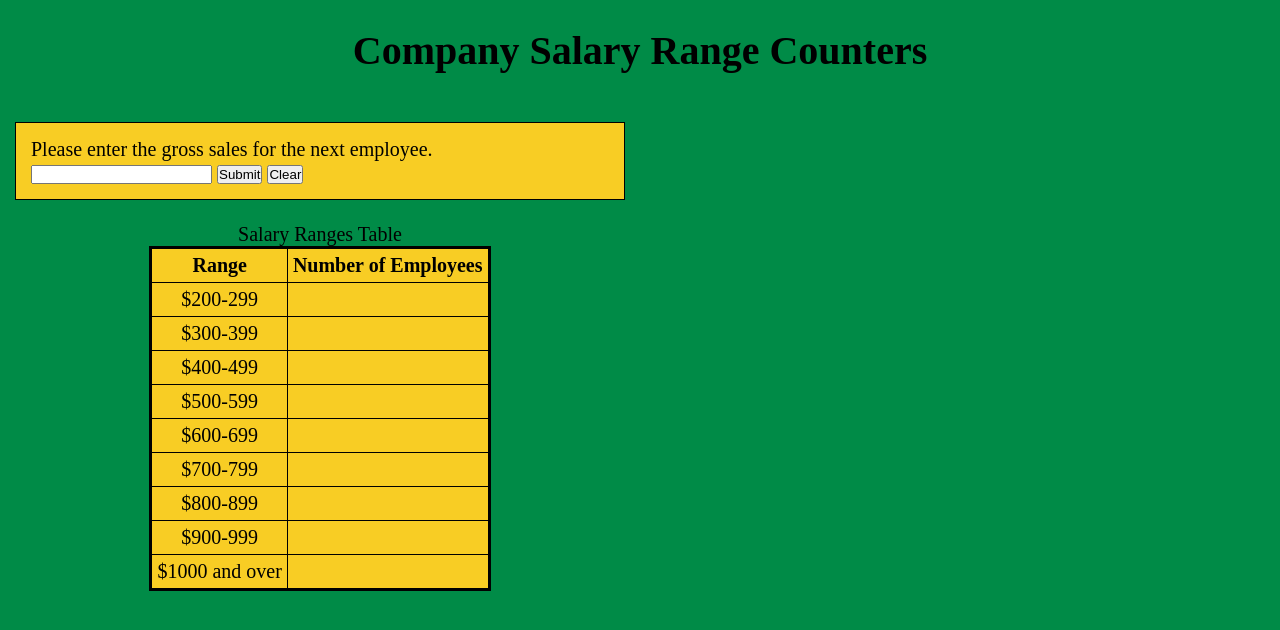
Repository: mlmEFSC21/P17-Sales-Commision
Page: sales.html
These files come from the project's save history. The page is drawn as it stood at one moment and after the next save; the edit follows.
The browser window is 1280 px wide. The pictures show the whole page.

Above is the page before, as saved 2022-04-02 08:30:33.

### sales.html
<!DOCTYPE html>
<html lang="en">
    <head>
        <meta charset="UTF-8" />
        <meta http-equiv="X-UA-Compatible" content="IE=edge" />
        <meta name="viewport" content="width=device-width, initial-scale=1.0" />
        <link rel="stylesheet" href="sales.css" />
        <script defer src="sales.js"></script>
        <title>Company Salary Range Counters</title>
    </head>
    <body>
        <header class="mainHeader">
            <h1>Company Salary Range Counters</h1>
        </header>
        <section class="mainContent">
            <div class="formContainer" id="formContainer">
                <form class="salaryForm" id="salaryForm">
                    <label for="grossSales"
                        >Please enter the gross sales for the next employee.</label
                    >
                    <input type="text" name="grossSales" class="salesInp" id="salesInp" required />
                    <button type="submit" class="submit-btn" id="submit-btn">Submit</button>
                    <button type="reset" class="clear-btn" id="clear-btn">Clear</button>
                </form>
            </div>
            <div class="tableContainer" id="tableContainer">
                <table>
                    <caption>
                        Salary Ranges Table
                    </caption>
                    <thead>
                        <tr>
                            <th>Range</th>
                            <th>Number of Employees</th>
                        </tr>
                    </thead>
                    <tbody>
                        <tr>
                            <td>$200-299</td>
                            <td class="ranges" id="ranges"></td>
                        </tr>
                        <tr>
                            <td>$300-399</td>
                            <td class="ranges" id="ranges"></td>
                        </tr>
                        <tr>
                            <td>$400-499</td>
                            <td class="ranges" id="ranges"></td>
                        </tr>
                        <tr>
                            <td>$500-599</td>
                            <td class="ranges" id="ranges"></td>
                        </tr>
                        <tr>
                            <td>$600-699</td>
                            <td class="ranges" id="ranges"></td>
                        </tr>
                        <tr>
                            <td>$700-799</td>
                            <td class="ranges" id="ranges"></td>
                        </tr>
                        <tr>
                            <td>$800-899</td>
                            <td class="ranges" id="ranges"></td>
                        </tr>
                        <tr>
                            <td>$900-999</td>
                            <td class="ranges" id="ranges"></td>
                        </tr>
                        <tr>
                            <td>$1000 and over</td>
                            <td class="ranges" id="ranges"></td>
                        </tr>
                    </tbody>
                    <tfoot></tfoot>
                </table>
            </div>
        </section>
    </body>
</html>

### sales.css
:root {
    --clr-background: #008b47;
    --clr-primary: #f8cd24;
    --clr-secondary: #6bb64a;
}
*,
*::after,
*::before {
    box-sizing: border-box;
    margin: 0;
    padding: 0;
}
body {
    background-color: var(--clr-background);
    font-size: 20px;
}
.mainHeader {
    display: flex;
    align-items: center;
    justify-content: center;
    height: 100px;
}

.mainContent {
    display: grid;
    grid-template-rows: repeat(4, 1fr);
    grid-template-columns: repeat(4, 1fr);
}
.formContainer {
    grid-column: 1 / 3;
    align-self: center;
    justify-self: center;
    border: 1px ridge black;
    margin: 15px;
    padding: 15px;
    background-color: var(--clr-primary);
}
.currentSalary {
    grid-column: 3 / 5;
    align-self: center;
    justify-self: center;
}
.tableContainer {
    grid-column: 1/3;
    grid-row: 2/5;
    justify-self: center;
    align-self: center;
}
table {
    border-collapse: collapse;
    border: 3px solid black;
    background-color: var(--clr-primary);
}
th,
tr,
td {
    border: 1px solid black;
    margin: 5px;
    padding: 5px;
    text-align: center;
}

### sales.js
//  base salary = $200 + commission
// commission = gross sales * 9%
// range floor / 100 - 2 = index 0 - 8
// test: x1 = Math.floor(218 / 100) - 2;
// works for all ranges below the last. Just check for >1000 first.
const baseSalary = 200;
let commissionAmount = 0;
let totalSalary = 0;
let employeeNum = 0;
let salaryRanges = [0, 0, 0, 0, 0, 0, 0, 0, 0];
let weeklyGrossSales = [];

const form = document.querySelector("#salaryForm");
const salesInput = document.getElementById("salesInp");
const td = document.querySelectorAll("td#ranges");
form.addEventListener("submit", getWeeklySal);
const resetBtn = document.querySelector("#clear-btn");
resetBtn.addEventListener("click", clearAllSalaries);

function getWeeklySal(e) {
    e.preventDefault();
    employeeNum++;
    weeklyGrossSales = parseInt(salesInput.value);
    calcCommission();
    calcTotalWeeklySalary();
    calcSalaryRange(totalSalary);
    fillRangeCol();
    salesInput.value = "";
}
function calcCommission() {
    commissionAmount = weeklyGrossSales * 0.09;
}
function calcTotalWeeklySalary() {
    totalSalary = baseSalary + commissionAmount;
    console.log(totalSalary);
    console.log(salaryRanges);
}
function calcSalaryRange(totalSalary) {
    if (totalSalary >= 1000) {
        salaryRanges[8] += 1;
    } else if (totalSalary < 1000) {
        let i = Math.floor(totalSalary / 100) - 2;
        salaryRanges[i] = salaryRanges[i] + 1;
    }
}
//append the table
function fillRangeCol() {
    for (let i = 0; i < salaryRanges.length; i++) {
        td[i].innerText = salaryRanges[i];
    }
}
//reset button
function clearAllSalaries() {
    salesInput.value = "";
    salaryRanges = [0, 0, 0, 0, 0, 0, 0, 0, 0];
    weeklyGrossSales = [];
    for (let i = 0; i < salaryRanges.length; i++) {
        td[i].innerText = 0;
    }
}

console.log(salaryRanges);
console.log(weeklyGrossSales);

After the next save:
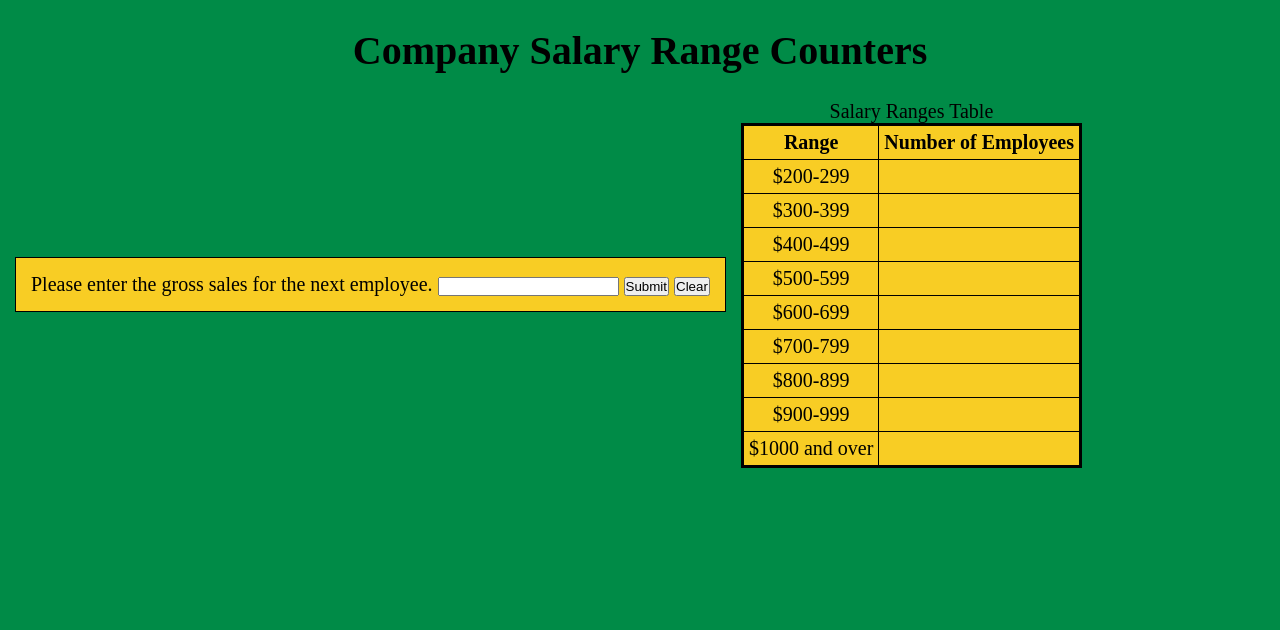
Saved 68 s later.
--- a/sales.css
+++ b/sales.css
@@ -22,12 +22,9 @@ body {
 }
 
 .mainContent {
-    display: grid;
-    grid-template-rows: repeat(4, 1fr);
-    grid-template-columns: repeat(4, 1fr);
+    display: flex;
 }
 .formContainer {
-    grid-column: 1 / 3;
     align-self: center;
     justify-self: center;
     border: 1px ridge black;
@@ -36,13 +33,10 @@ body {
     background-color: var(--clr-primary);
 }
 .currentSalary {
-    grid-column: 3 / 5;
     align-self: center;
     justify-self: center;
 }
 .tableContainer {
-    grid-column: 1/3;
-    grid-row: 2/5;
     justify-self: center;
     align-self: center;
 }
